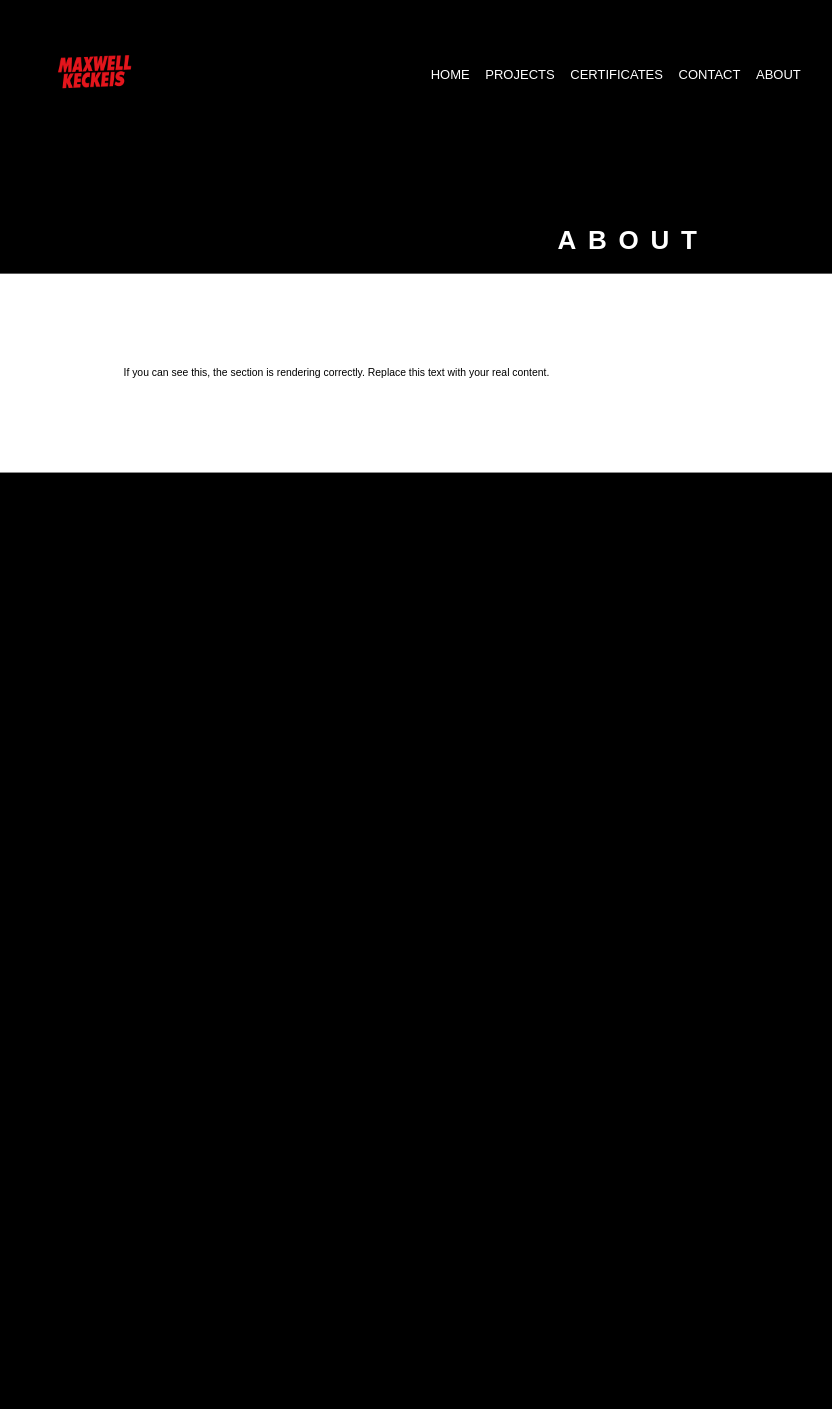
Repository: Maxwell-Keckeis/Maxwell-Keckeis.github.io
Page: about.html
The author's editor kept a copy of each file at every save. The page is drawn from the files as they stood at one save, then again after the next save.
The browser window is 1280 px wide. The pictures show the whole page, at 65% of full size.
Some web fonts or font styles are not loaded; a fallback is used.

Above is the page before, as saved 2026-02-06 16:28:28.

### about.html
<!DOCTYPE html>
<html lang="en">
<head>
    <meta charset="UTF-8">
      <meta name="viewport" content="width=device-width, initial-scale=1.0">
      <title>MEK</title>

      <link rel="preconnect" href="https://fonts.googleapis.com">
      <link rel="preconnect" href="https://fonts.gstatic.com" crossorigin>
      <link href="https://fonts.googleapis.com/css2?family=Anton+SC&display=swap" rel="stylesheet">

      <link rel="stylesheet" href="css/styles.css">
</head>
    <body>
        <header>
            <div class="header-inner">

                <a href="./index.html">
                    <img src="./assets/images/max_logo.png" alt="logo for max" width="200" height="200">
                </a>

                <nav>
                    <a href="./index.html">HOME</a>
                    <a href="./projects.html">PROJECTS</a>
                    <a href="./certificates.html">CERTIFICATES</a>
                    <a href="./contact.html">CONTACT</a>
                    <a href="./about.html">ABOUT</a>
                </nav>
            </div>
        </header>

        <section class="title-band title-band--right">
            <div class="title-band__inner">
                <h1 class="title-band__title">ABOUT</h1>
            </div>
        </section>

        <section class="about-section">
            <div class="about-content">
                    <p>
                        If you can see this, the section is rendering correctly. Replace this text with your real content.
                    </p>
            </div>
        </section>
        <main>

        </main>
    </body>
</html>

### css/styles.css


.anton-sc-regular {
    font-family: "Anton SC", sans-serif;
    font-weight: 400;
    font-style: normal;
}

body {
    background-color: black;
    margin: 0;
}
header {
    display: flex;
    align-items: center;
    gap: 20px;
    padding: 48px;
    background-color: rgba(0, 0, 0, 0.55);
    backdrop-filter: blur(6px);
    -webkit-backdrop-filter: blur(6px);
    position: sticky;
    top: 0;
    z-index: 1000;
}

.header-inner {
    max-width: 1200px;
    margin: 0 auto;
    display: flex;
    align-items: center;
    width: 100%;
}

h1 {
    margin: 0;
}

nav {
    margin-left: auto;
}

nav a {
    font-family: 'Anton SC', sans-serif;
    font-size: 20px;
    color: white;
    text-decoration: none;
    margin-left: 20px;
    position: relative;
}

nav a::after {
    content: "";
    position: absolute;
    left: 0;
    bottom: -10px;
    width: 100%;
    height: 2px;
    background-color: red;
    opacity: 0;
}
nav a:hover::after {
    opacity: 1;
}

main {
    height: 200vh;
    padding: 0 1rem;
    box-sizing: border-box;
    max-width: 800px;
    margin: 0 auto;
    font-family: 'Anton SC', sans-serif;
    font-size: 15px;
    color: white;
}

img {
    max-width: 100%;
    height: auto;
    display: block;
}

.project-card {
  position: relative;
  display: inline-block;
  width: 350px;
  height: 500px;
  overflow: hidden;
  text-decoration: none;
  background: black; /* fallback when image fades */
}

.project-card img {
  width: 100%;
  height: 100%;
  object-fit: cover;
  display: block;
  transition: opacity 300ms ease;
}

/* overlay container */
.project-card .overlay {
  position: absolute;
  inset: 0; /* shorthand for top/left/right/bottom: 0 */

  display: flex;
  flex-direction: column;
  justify-content: center;
  align-items: center;

  color: white;
  text-align: center;

  opacity: 0;
  transform: translateY(30px);
  transition: opacity 300ms ease, transform 300ms ease;
}

/* hover behavior */
.project-card:hover img {
  opacity: 0;
}

.project-card:hover .overlay {
  opacity: 1;
  transform: translateY(0);
}

/* FULL-WIDTH WHITE BACKGROUND */
.about-section {
  font-family: "Anton SC", sans-serif;
  background: white;
  width: 100%;
  padding: 80px 0;   /* vertical spacing only */
}

/* CENTERED CONTENT BLOCK */
.about-content {
  color: black;
  max-width: 900px;
  margin: 0 auto;    /* centers content */
  padding: 48px;
}

/* MOBILE */
@media (max-width: 600px) {
  .about-section {
    padding: 40px 0;
  }

  .about-content {
    padding: 24px 16px;
  }
}
:root{
  --title-band-gap: 120px;   /* tweak this until it feels like ~150% */
  --content-max: 900px;      /* match your about-content width */
}

/* reusable band */
.title-band{
  background: black;
  width: 100%;
  padding-top: var(--title-band-gap);
  padding-bottom: 32px;
}

.title-band__inner{
  max-width: var(--content-max);
  margin: 0 auto;
  padding: 0 16px;
  display: flex;
}

.title-band--right  .title-band__inner{ justify-content: flex-end; }
.title-band--center .title-band__inner{ justify-content: center; }
.title-band--left   .title-band__inner{ justify-content: flex-start; }

.title-band__title{
  font-family: "Anton SC", sans-serif;
  color: white;
  margin: 0;
  line-height: 1;
  font-size: 40px;
  letter-spacing: 0.45em;
  text-transform: uppercase;
}

After the next save:
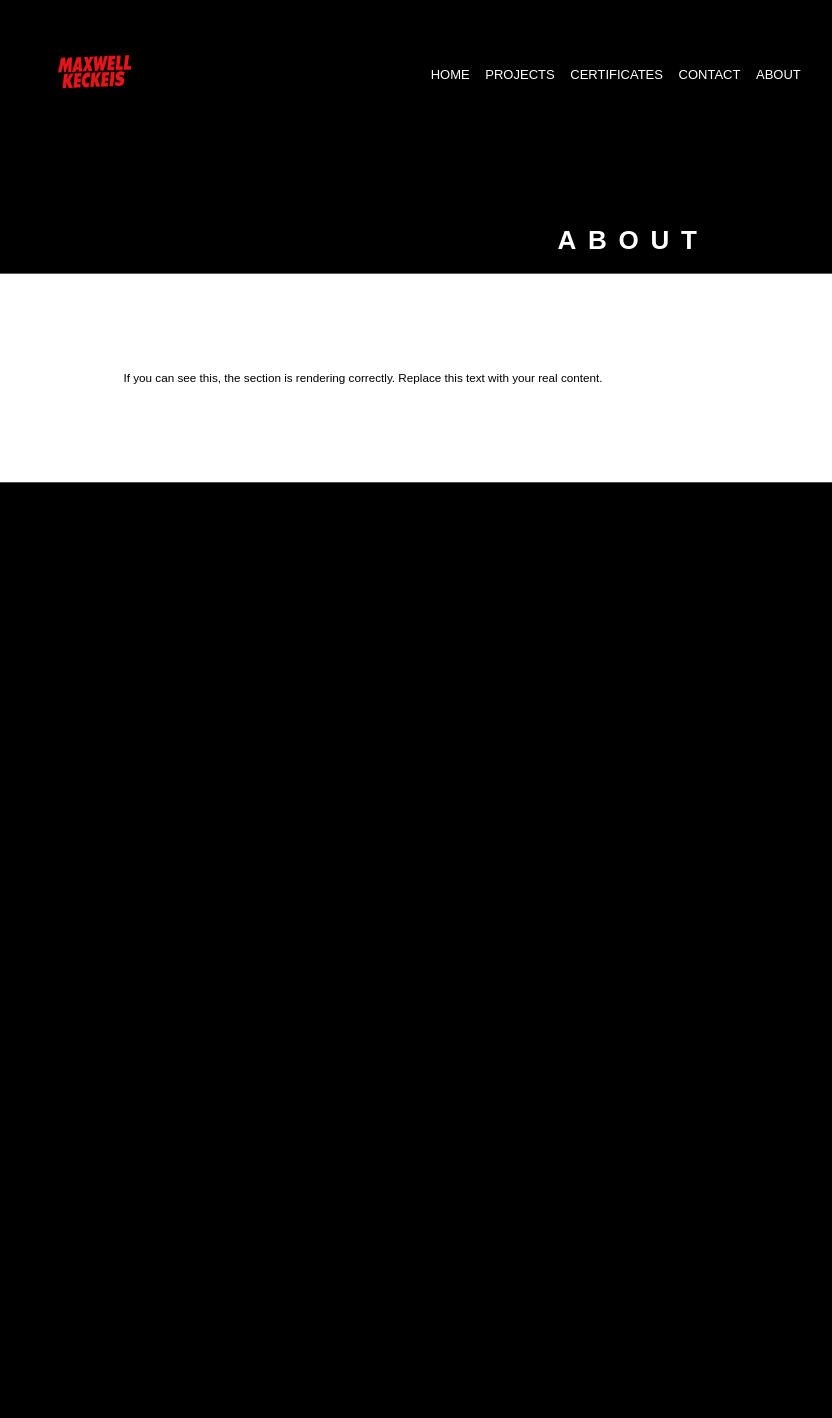
Saved 10 s later.
--- a/css/styles.css
+++ b/css/styles.css
@@ -128,6 +128,8 @@
 /* FULL-WIDTH WHITE BACKGROUND */
 .about-section {
   font-family: "Anton SC", sans-serif;
+  font-size: 18px;   /* try 18–20px */
+  line-height: 1.6;  /* improves readability */
   background: white;
   width: 100%;
   padding: 80px 0;   /* vertical spacing only */
